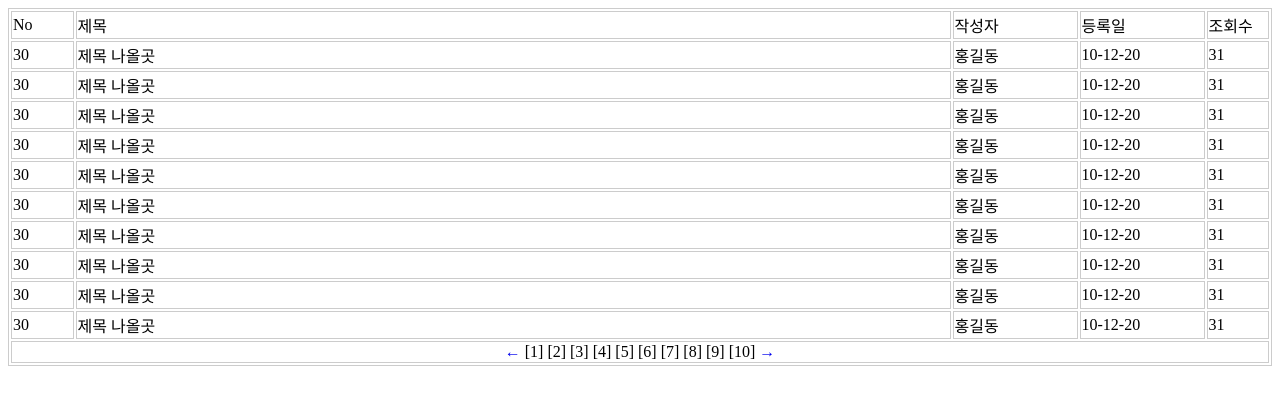
Repository: gudbrwkd98/JavaEE-JSP
Page: http://localhost/BoardApp/news/list.jsp
An editor plug-in stored every save of this project. The page is shown before and after the next save, followed by the edit.
The browser window is 1280 px wide. The pictures show the whole page.
The page is served by Tomcat 9.

Above is the page before, as saved 2020-12-09 01:27:12.

After the next save:
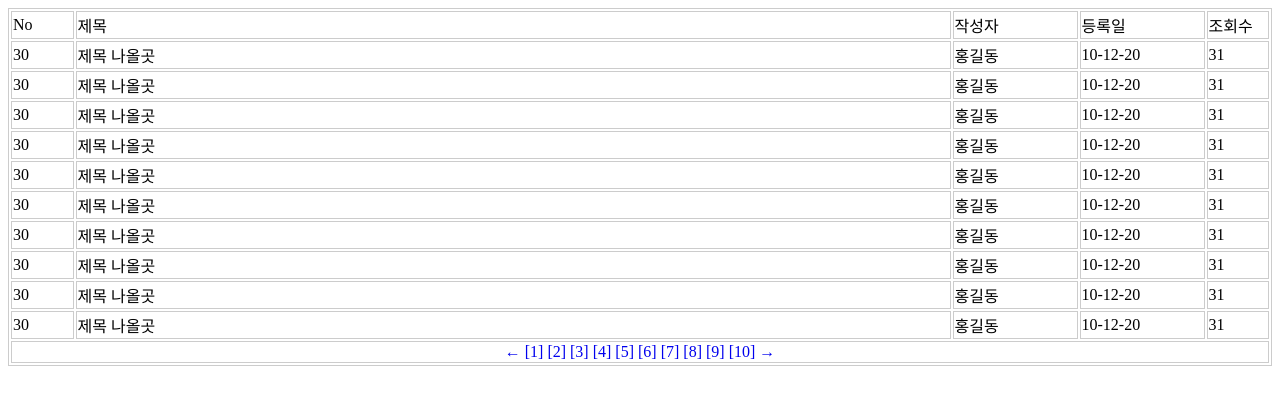
Saved 13 s later.
--- a/BoardApp/WebContent/news/list.jsp
+++ b/BoardApp/WebContent/news/list.jsp
@@ -50,7 +50,7 @@ text-decoration: none;
 			<td colspan="5" align="center">
 				<a href="list.jsp">←</a>
 				<%for(int i = 1 ; i<=blockSize;i++){%>
-					[<%=i %>]
+					<a href="list.jsp">[<%=i %>]</a>
 				<%} %>
 				<a href="list.jsp">→ </a>
 			</td>
